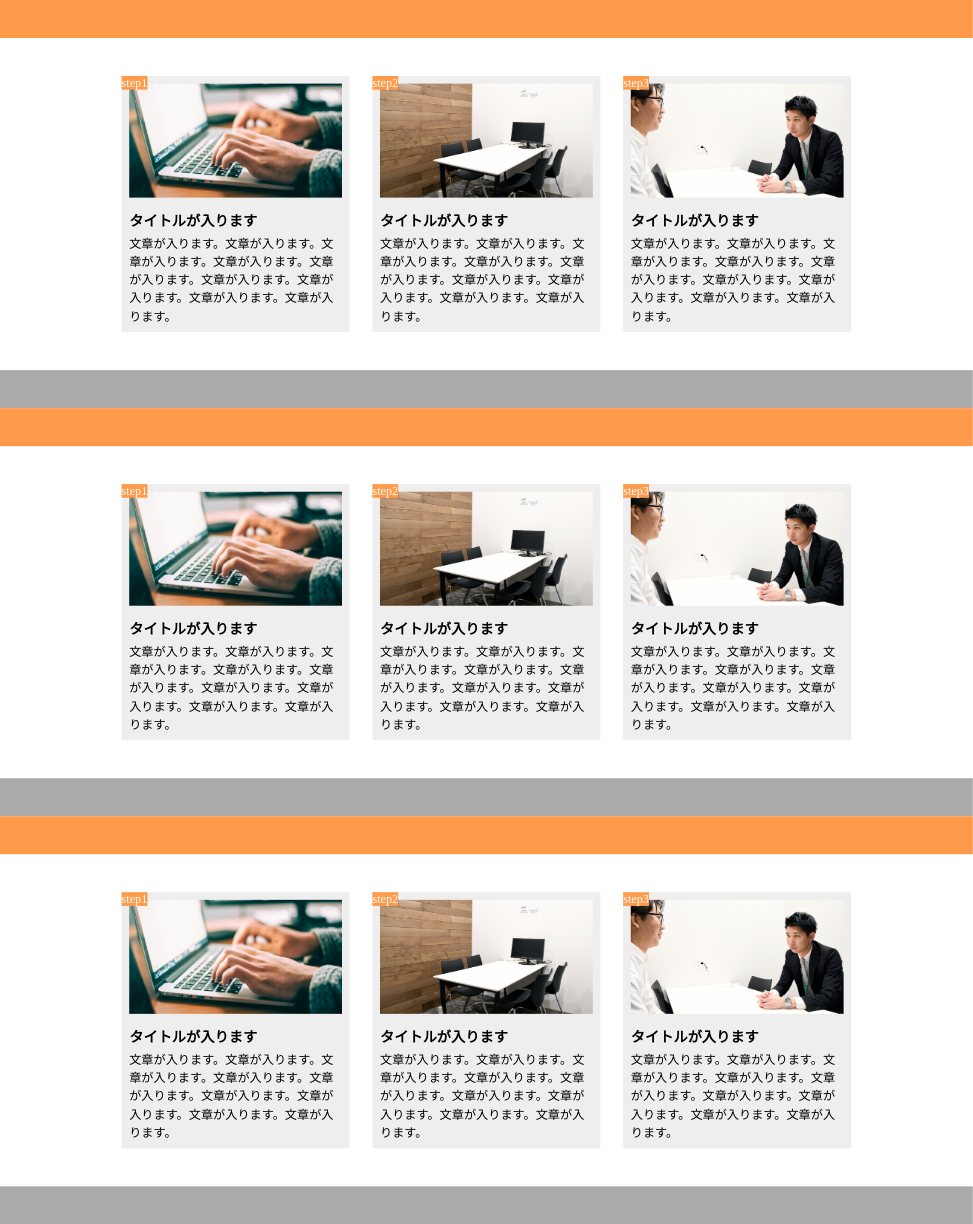
Repository: takanauti/task
Page: chapter9_exercise/index.html
The author's editor kept a record of every edit. The page is drawn from the files as they stood at one moment, then again after the next edit.
The browser window is 1280 px wide. The pictures show the whole page, at 76% of full size.

Above is the page before.

### chapter9_exercise/index.html
<!DOCTYPE html>
<html lang="ja"><head>
    <meta charset="UTF-8">
    <title>9章演習</title>
    <link rel="stylesheet" href="style.css">
  </head>
  <header></header>
  <body>
 <main>
 <div class="step-box">
        <div class="step-img1"></div>
        <span class="step-num">step1</span>
        <h3 class="title">タイトルが入ります</h3>
        <p class="text">
          文章が入ります。文章が入ります。文章が入ります。文章が入ります。文章が入ります。文章が入ります。文章が入ります。文章が入ります。文章が入ります。
        </p>
      </div>
      <div class="step-box">
        <div class="step-img2"></div>
        <span class="step-num">step2</span>
        <h3 class="title">タイトルが入ります</h3>
        <p class="text">
          文章が入ります。文章が入ります。文章が入ります。文章が入ります。文章が入ります。文章が入ります。文章が入ります。文章が入ります。文章が入ります。
        </p>
      </div>
      <div class="step-box">
        <div class="step-img3"></div>
        <span class="step-num">step3</span>
        <h3 class="title">タイトルが入ります</h3>
        <p class="text">
          文章が入ります。文章が入ります。文章が入ります。文章が入ります。文章が入ります。文章が入ります。文章が入ります。文章が入ります。文章が入ります。
        </p>
      </div>

     </main>
     <footer></footer>
     <body>
    <header></header>
    <main>
      <div class="step-box">
        <div class="step-img1"></div>
        <span class="step-num">step1</span>
        <h3 class="title">タイトルが入ります</h3>
        <p class="text">
          文章が入ります。文章が入ります。文章が入ります。文章が入ります。文章が入ります。文章が入ります。文章が入ります。文章が入ります。文章が入ります。
        </p>
      </div>

      <div class="step-box">
        <div class="step-img2"></div>
        <span class="step-num">step2</span>
        <h3 class="title">タイトルが入ります</h3>
        <p class="text">
          文章が入ります。文章が入ります。文章が入ります。文章が入ります。文章が入ります。文章が入ります。文章が入ります。文章が入ります。文章が入ります。
        </p>
      </div>

      <div class="step-box">
        <div class="step-img3"></div>
        <span class="step-num">step3</span>
        <h3 class="title">タイトルが入ります</h3>
        <p class="text">
          文章が入ります。文章が入ります。文章が入ります。文章が入ります。文章が入ります。文章が入ります。文章が入ります。文章が入ります。文章が入ります。
        </p>
      </div>
    </main>
    <footer></footer>


</body>
<html lang="ja"><head>
    <meta charset="UTF-8">
    <title>9章演習</title>
    <link rel="stylesheet" href="style.css">
  </head>
  <body>
    <header></header>
    <main>
      <div class="step-box">
        <div class="step-img1"></div>
        <span class="step-num">step1</span>
        <h3 class="title">タイトルが入ります</h3>
        <p class="text">
          文章が入ります。文章が入ります。文章が入ります。文章が入ります。文章が入ります。文章が入ります。文章が入ります。文章が入ります。文章が入ります。
        </p>
      </div>

      <div class="step-box">
        <div class="step-img2"></div>
        <span class="step-num">step2</span>
        <h3 class="title">タイトルが入ります</h3>
        <p class="text">
          文章が入ります。文章が入ります。文章が入ります。文章が入ります。文章が入ります。文章が入ります。文章が入ります。文章が入ります。文章が入ります。
        </p>
      </div>
      <div class="step-box">
        <div class="step-img3"></div>
        <span class="step-num">step3</span>
        <h3 class="title">タイトルが入ります</h3>
        <p class="text">
          文章が入ります。文章が入ります。文章が入ります。文章が入ります。文章が入ります。文章が入ります。文章が入ります。文章が入ります。文章が入ります。
        </p>
      </div>
    </main>
    <footer></footer>
</body>
</html>

### chapter9_exercise/style.css
* {
  box-sizing: border-box;
  margin: 0;
  padding: 0;
}

header {
  height: 50px;
  background-color: #ff9a4b;
}

main {
  width: 960px;
  margin: 50px auto;
  display: flex;
}

.step-box {
  width: 300px;
  margin-right: 30px;
  padding: 10px;
  position: relative;
  background-color: #eee;
}

.step-box:last-child {
  margin-right: 0;
}

.step-img1 {
  height: 150px;
  background-image: url(img/flow01.png);
  background-position: bottom;
  background-size: cover;
}

.step-img2 {
  height: 150px;
  background-image: url(img/flow02.png);
  background-position: bottom;
  background-size: cover;
}

.step-img3 {
  height: 150px;
  background-image: url(img/flow03.png);
  background-position: bottom;
  background-size: cover;
}

.step-num {
  position: absolute;
  top: 0;
  left: 0;
  background-color: #ff9a4b;
  color: #fff;
}

.title {
  margin: 15px 0 5px;
}

footer {
  height: 50px;
  background-color: #aaa;
}

/* タブレット縦置きサイズ（768px）以下の際に適用される設定 */
@media screen and (max-width:768px) {
  header {
    width: 100%;
    height: 50px;
    padding-bottom: 50px;
  }
  main {
    width: 100%;
    display: block;
  }
  .step-box {
  width: 100%;
  padding: 20px;
  margin: 0 20px 20px 30px;
}



.step-img1 {
  width: 100%;
  height: 150px;
}

.step-img2 {
  width: 100%;
  height: 150px;
}

.step-img3 {
  width: 100%;
  height: 150px;

}


footer {
  width: 100%;
  height: 50px;
  padding-top: 50px;
}
}

After the next edit:
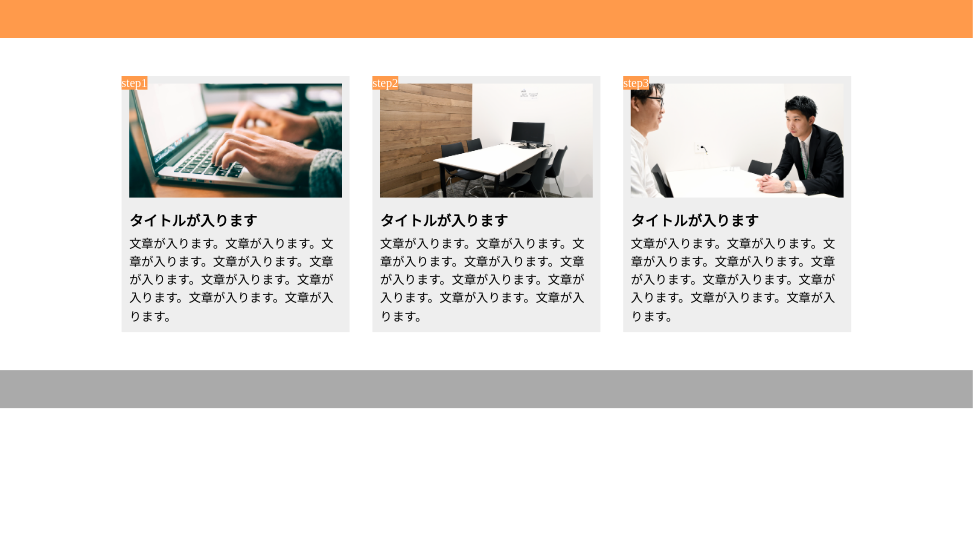
The edit:
--- a/chapter9_exercise/index.html
+++ b/chapter9_exercise/index.html
@@ -34,74 +34,5 @@
 
      </main>
      <footer></footer>
-     <body>
-    <header></header>
-    <main>
-      <div class="step-box">
-        <div class="step-img1"></div>
-        <span class="step-num">step1</span>
-        <h3 class="title">タイトルが入ります</h3>
-        <p class="text">
-          文章が入ります。文章が入ります。文章が入ります。文章が入ります。文章が入ります。文章が入ります。文章が入ります。文章が入ります。文章が入ります。
-        </p>
-      </div>
-
-      <div class="step-box">
-        <div class="step-img2"></div>
-        <span class="step-num">step2</span>
-        <h3 class="title">タイトルが入ります</h3>
-        <p class="text">
-          文章が入ります。文章が入ります。文章が入ります。文章が入ります。文章が入ります。文章が入ります。文章が入ります。文章が入ります。文章が入ります。
-        </p>
-      </div>
-
-      <div class="step-box">
-        <div class="step-img3"></div>
-        <span class="step-num">step3</span>
-        <h3 class="title">タイトルが入ります</h3>
-        <p class="text">
-          文章が入ります。文章が入ります。文章が入ります。文章が入ります。文章が入ります。文章が入ります。文章が入ります。文章が入ります。文章が入ります。
-        </p>
-      </div>
-    </main>
-    <footer></footer>
-
-
-</body>
-<html lang="ja"><head>
-    <meta charset="UTF-8">
-    <title>9章演習</title>
-    <link rel="stylesheet" href="style.css">
-  </head>
-  <body>
-    <header></header>
-    <main>
-      <div class="step-box">
-        <div class="step-img1"></div>
-        <span class="step-num">step1</span>
-        <h3 class="title">タイトルが入ります</h3>
-        <p class="text">
-          文章が入ります。文章が入ります。文章が入ります。文章が入ります。文章が入ります。文章が入ります。文章が入ります。文章が入ります。文章が入ります。
-        </p>
-      </div>
-
-      <div class="step-box">
-        <div class="step-img2"></div>
-        <span class="step-num">step2</span>
-        <h3 class="title">タイトルが入ります</h3>
-        <p class="text">
-          文章が入ります。文章が入ります。文章が入ります。文章が入ります。文章が入ります。文章が入ります。文章が入ります。文章が入ります。文章が入ります。
-        </p>
-      </div>
-      <div class="step-box">
-        <div class="step-img3"></div>
-        <span class="step-num">step3</span>
-        <h3 class="title">タイトルが入ります</h3>
-        <p class="text">
-          文章が入ります。文章が入ります。文章が入ります。文章が入ります。文章が入ります。文章が入ります。文章が入ります。文章が入ります。文章が入ります。
-        </p>
-      </div>
-    </main>
-    <footer></footer>
 </body>
 </html>
